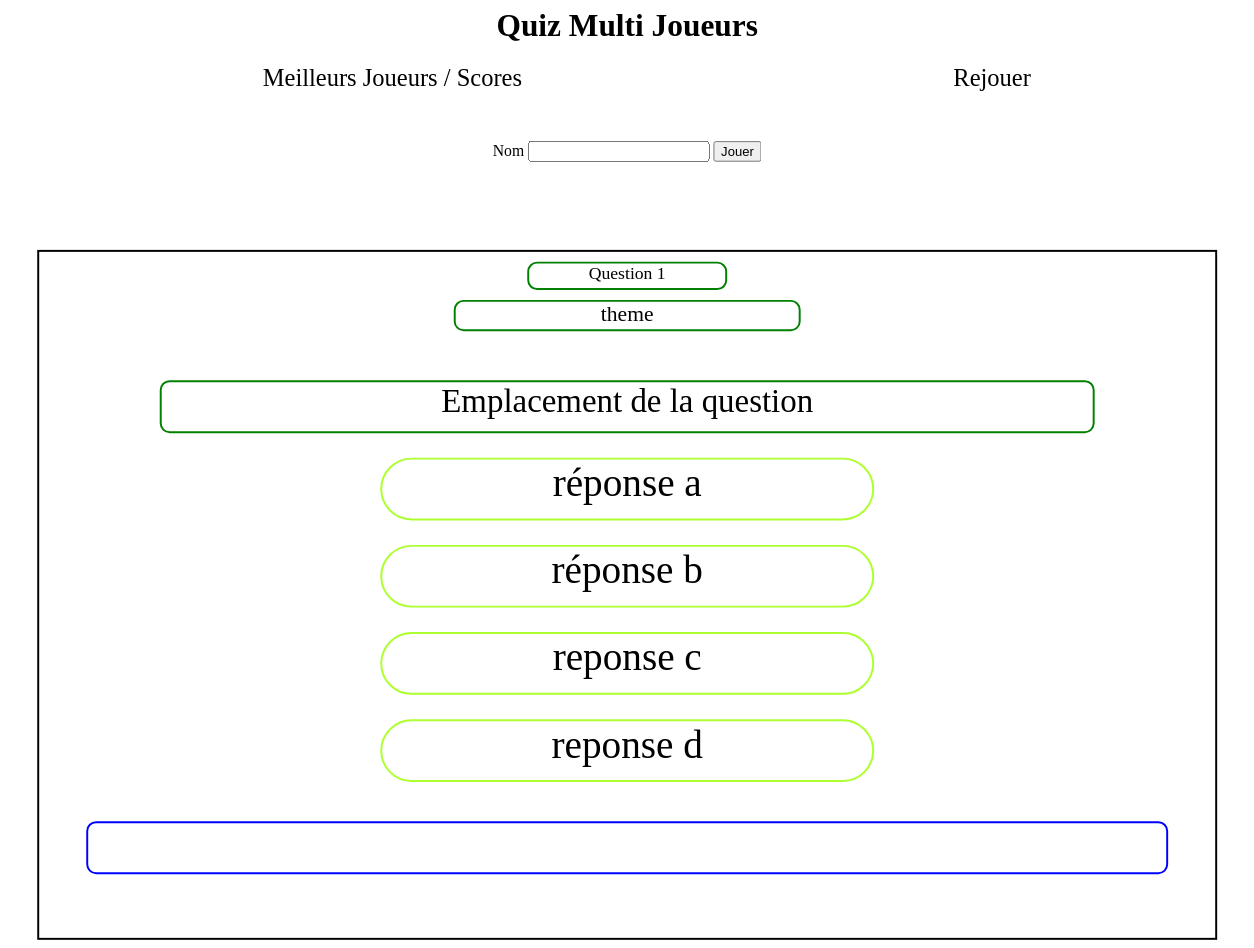
Repository: Serge-D/jeu_mj
Page: home.html
An editor plug-in stored every save of this project. The page is shown before and after a run of saves, followed by the edit.
The browser window is 1280 px wide. The pictures show the whole page, at 98% of full size.

Above is the page before, as saved 2020-02-06 14:31:25.

After the next 2 saves:
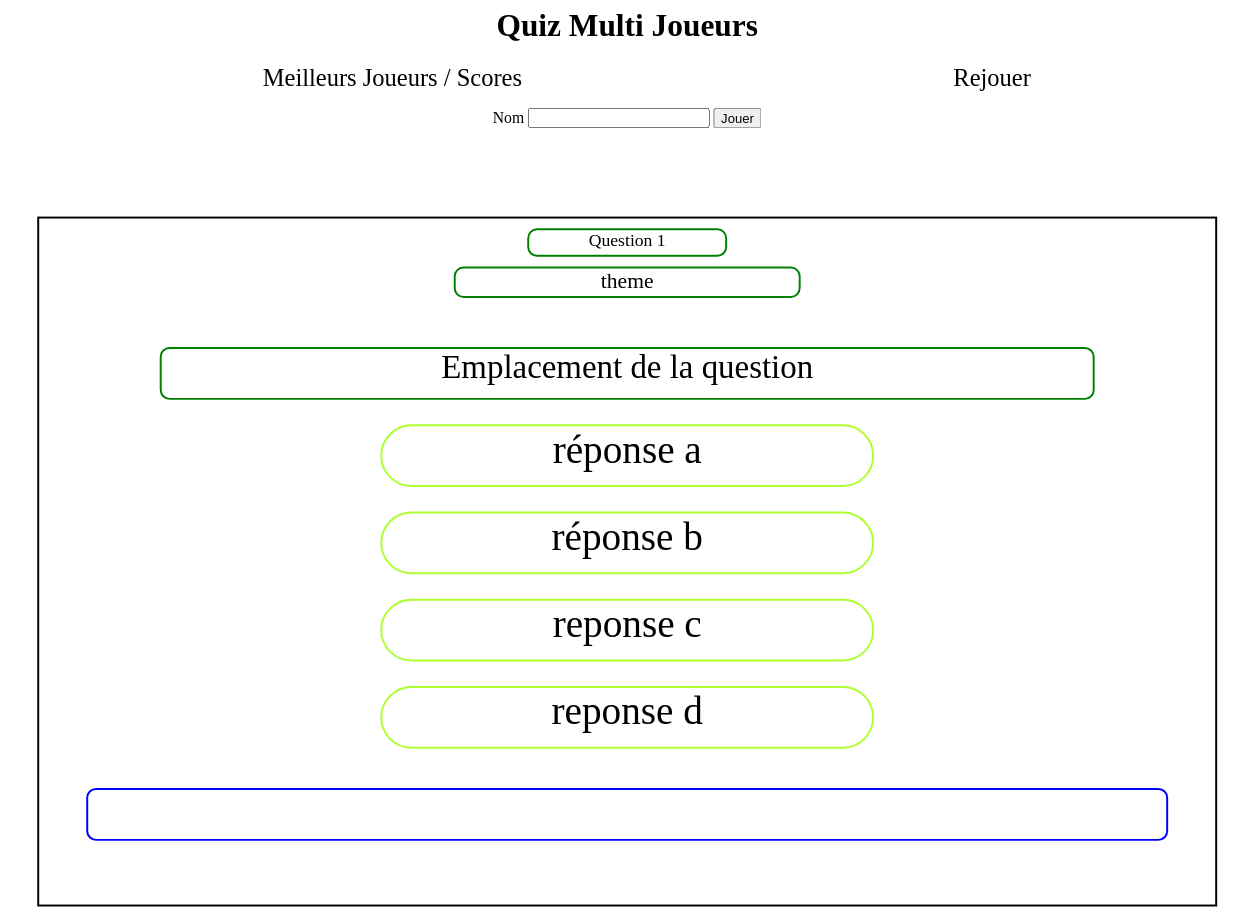
The 2 saves are shown as one change because they came seconds apart.
The last was saved 12 s later.
--- a/src/css/jeu.css
+++ b/src/css/jeu.css
@@ -26,10 +26,10 @@ a{
 
 #formulaire {
     text-align: center;
-    margin-top: 50px;
+    margin-top: auto;
     margin-left: auto;
     margin-right: auto;
-
+    margi
 }
 
 
